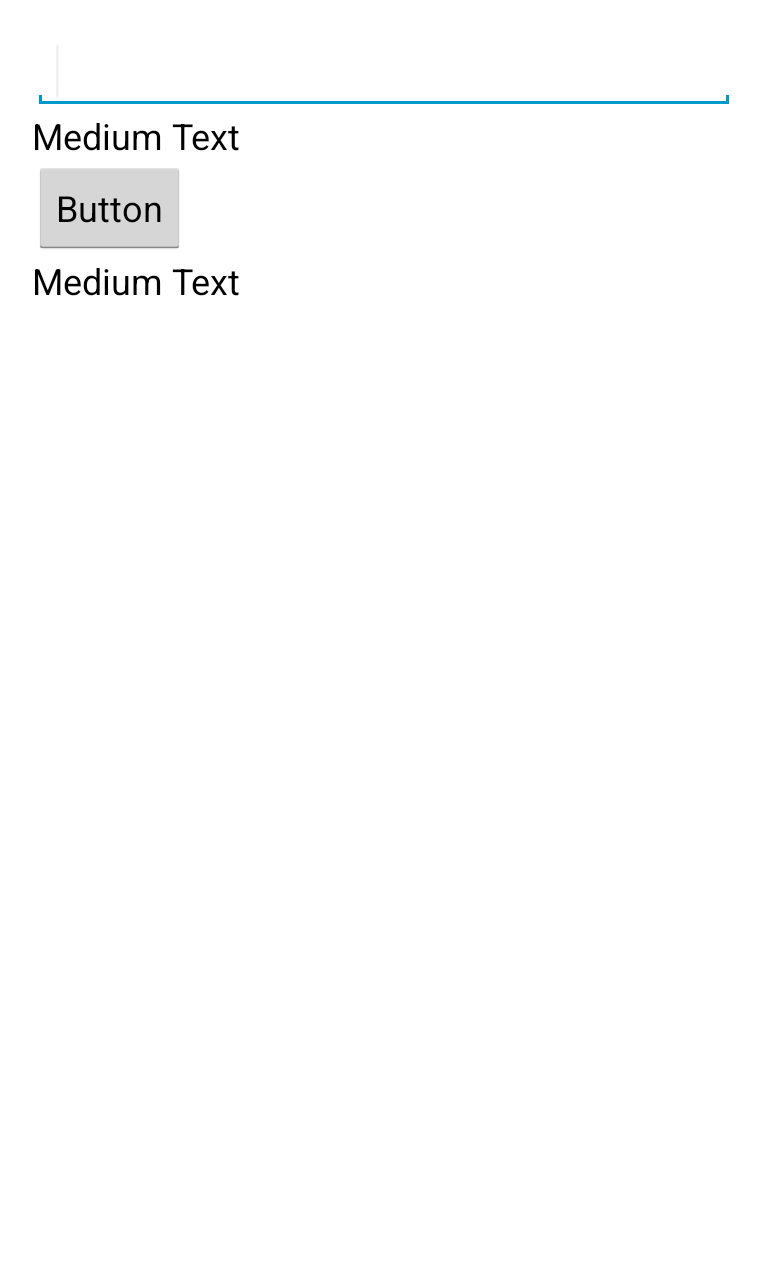
Repository: huynhnhatha/Android
Layout: Bai13/Truong_hop_3/res/layout/activity_main.xml
The author's editor kept a copy of each file at every save. The layout is drawn from the files as they stood at one save, then again after the next save.
It is drawn on a 768 x 1280 px phone screen (xhdpi) without system bars, with theme AppTheme; the app's code is not run. Lists and similar views that code fills are empty. The app's manifest (not shown) leaves right-to-left support off. So textAlignment, textDirection and layoutDirection are ignored, and left and right values win over start and end ones.

Above is the layout before, as saved 2017-05-16 10:10:23.

After the next save:
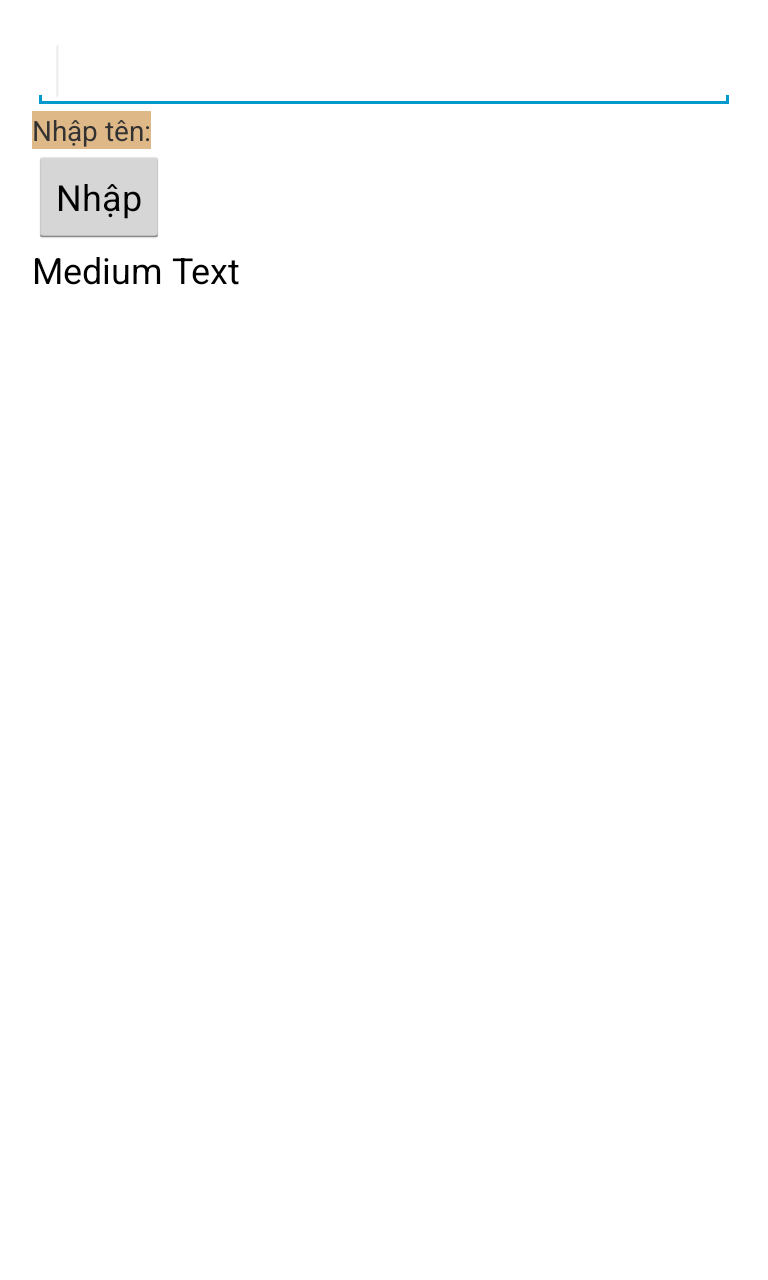
Saved 5 min 50 s later.
--- a/Bai13/Truong_hop_3/res/layout/activity_main.xml
+++ b/Bai13/Truong_hop_3/res/layout/activity_main.xml
@@ -14,9 +14,7 @@
         android:id="@+id/txtTen"
         android:layout_width="match_parent"
         android:layout_height="wrap_content"
-       	android:layout_alignParentTop="true"
 		android:inputType="text"
- 		android:layout_toRightOf="@+id/textView1"
  		android:ems="10">
 
         <requestFocus />
@@ -26,14 +24,20 @@
         android:id="@+id/textView1"
         android:layout_width="wrap_content"
         android:layout_height="wrap_content"
-        android:text="Medium Text"
-        android:textAppearance="?android:attr/textAppearanceMedium" />
+        android:layout_alignBaseline="@+id/txtTen"
+ 		android:layout_alignBottom="@+id/txtTen"
+       	android:background="#deb887"
+		android:text="Nhập tên:" />
 
     <Button
-        android:id="@+id/button1"
+        android:id="@+id/btnNhap"
         android:layout_width="wrap_content"
         android:layout_height="wrap_content"
-        android:text="Button" />
+        android:layout_alignRight="@+id/txtTen"
+ 		android:layout_below="@+id/txtTen"
+ 		android:layout_toRightOf="@+id/textView1"
+ 		android:textAlignment="center"
+        android:text="Nhập" />
 
     <TextView
         android:id="@+id/textView2"
